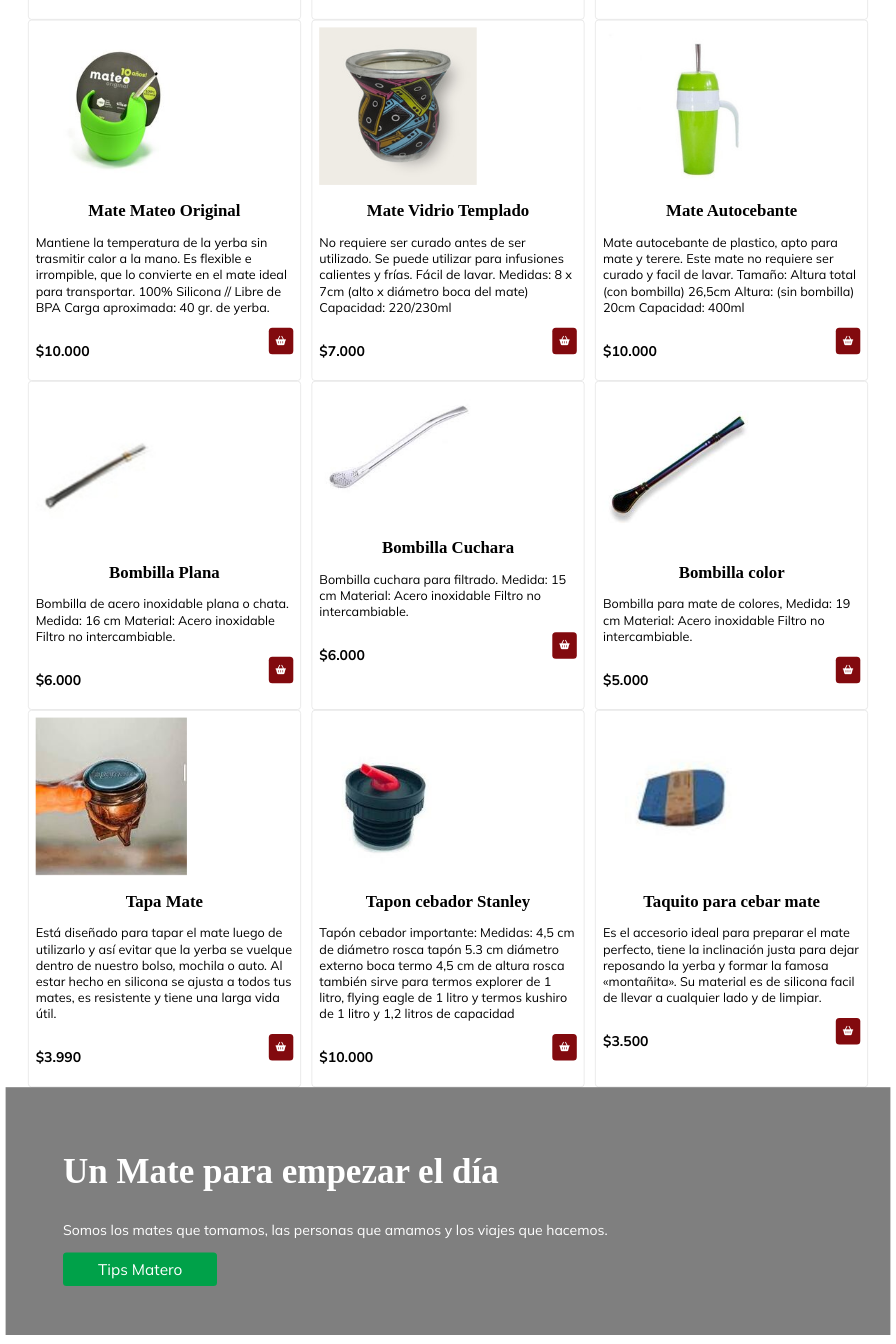
Repository: PiaTrujillo/LICANDEO-main
Page: index.html
These files come from the project's save history. The page is drawn as it stood at one moment and after the next save; the edit follows.
The browser window is 1280 px wide. The pictures show the part of the page from y = 2153 to 4073 px (the page is 4073 px tall), at 70% of full size.
A picture or video elsewhere on the page could not be fetched, so the positions and the page height are approximate. Some web fonts or font styles are not loaded; a fallback is used. Some web libraries are served in a nearby version.

Above is the page before, as saved 2023-05-12 19:08:41.
Not found: img/cordillera.jpg

After the next save:
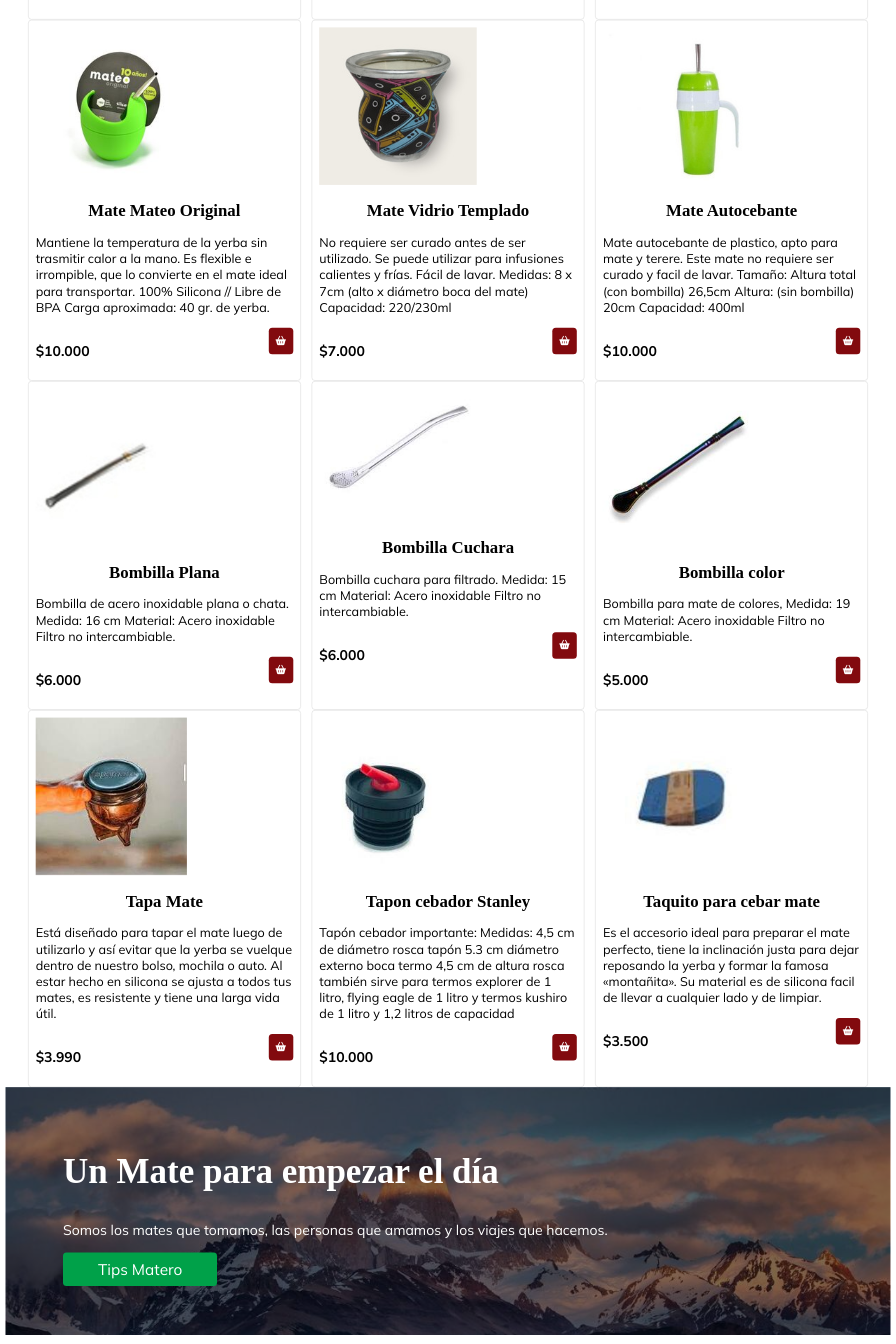
Saved 44 s later.
--- a/css/estilos.css
+++ b/css/estilos.css
@@ -368,7 +368,7 @@
 }
 /* separador */
 .separador{
-    background-image: url('/img/cordillera.jpg');
+    background-image: url('../imag/cordillera.jpg');
     background-size: cover;
     background-position: center center;
     background-repeat: no-repeat;
